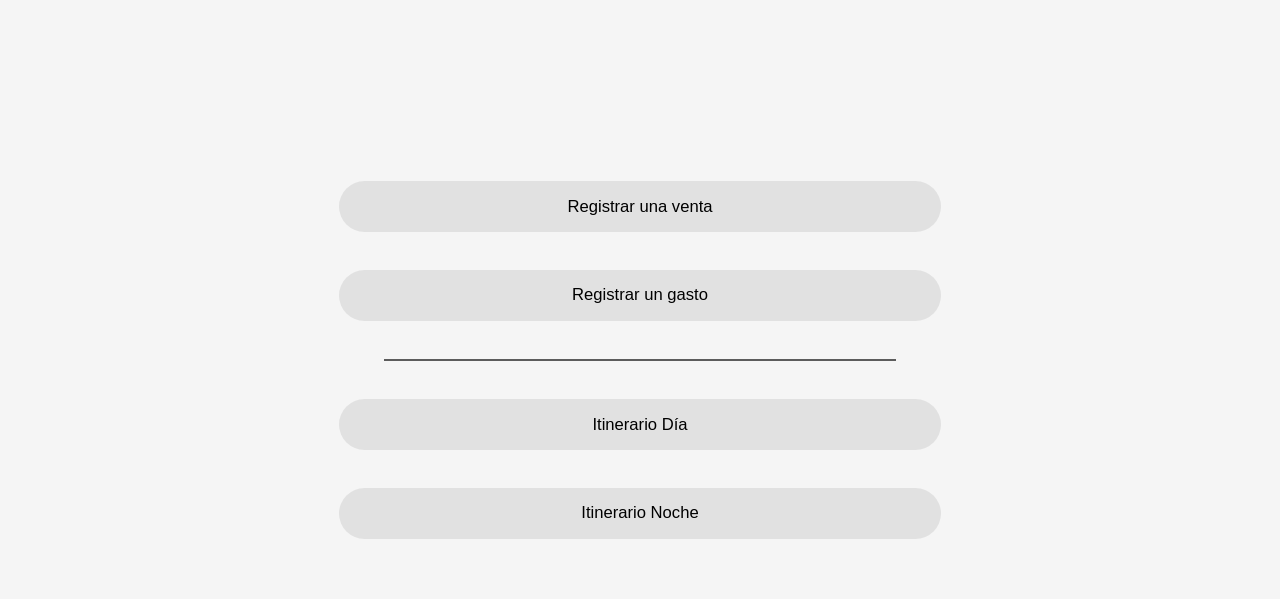
Repository: aCoupon0/intranet
Page: index.html
An editor plug-in stored every save of this project. The page is shown before and after the next save, followed by the edit.
The browser window is 1280 px wide. The pictures show the whole page.

Above is the page before, as saved 2024-11-29 11:48:59.

### index.html
<!DOCTYPE html>
<html lang="es">
<head>
    <meta charset="UTF-8">
    <meta name="viewport" content="width=device-width, initial-scale=1.0">
    <title>Hola Mundo</title>
    <link rel="stylesheet" href="main.css">
</head>
<body>
    <button class="venta">Registrar una venta</button>
    <button class="venta">Registrar un gasto</button>
    <div class="separador"></div>
    <button class="venta">Itinerario Día</button>
    <button class="venta">Itinerario Noche</button>
</body>
</html>

### main.css
/* main.css */
body {
    font-family: 'Roboto', system-ui, -apple-system, BlinkMacSystemFont, 'Segoe UI', sans-serif;
    margin: 0;
    padding: 0;
    display: flex;
    justify-content: center;
    align-items: center;
    height: 100vh;
    flex-direction: column;
    background-color: #f5f5f5;
    color: #333;
    gap: 3vw;
}
h1 {
    font-size: 2rem;
}

button {
    width: 47%;
    height: 7vh;
    background-color: rgba(0, 0, 0, 0.082);
    border: none;
    border-radius: 10vw;
    font-size: 1.3vw;
}

button:hover {
    background-color: rgba(0, 0, 0, 0.48);
    color: white;
}

.separador {
    width: 40%;
    height: 2px;
    background-color: #5c5c5c;
    border: 5vw;
}

After the next save:
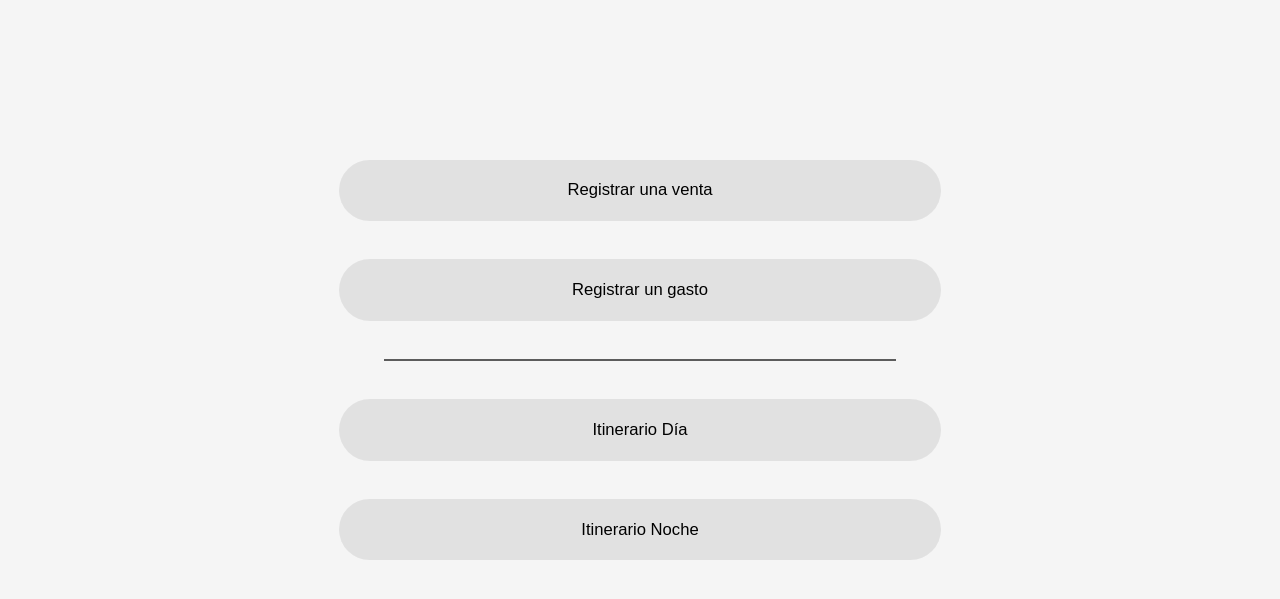
Saved 12 s later.
--- a/main.css
+++ b/main.css
@@ -18,7 +18,7 @@
 
 button {
     width: 47%;
-    height: 7vh;
+    height: 8.5vh;
     background-color: rgba(0, 0, 0, 0.082);
     border: none;
     border-radius: 10vw;
